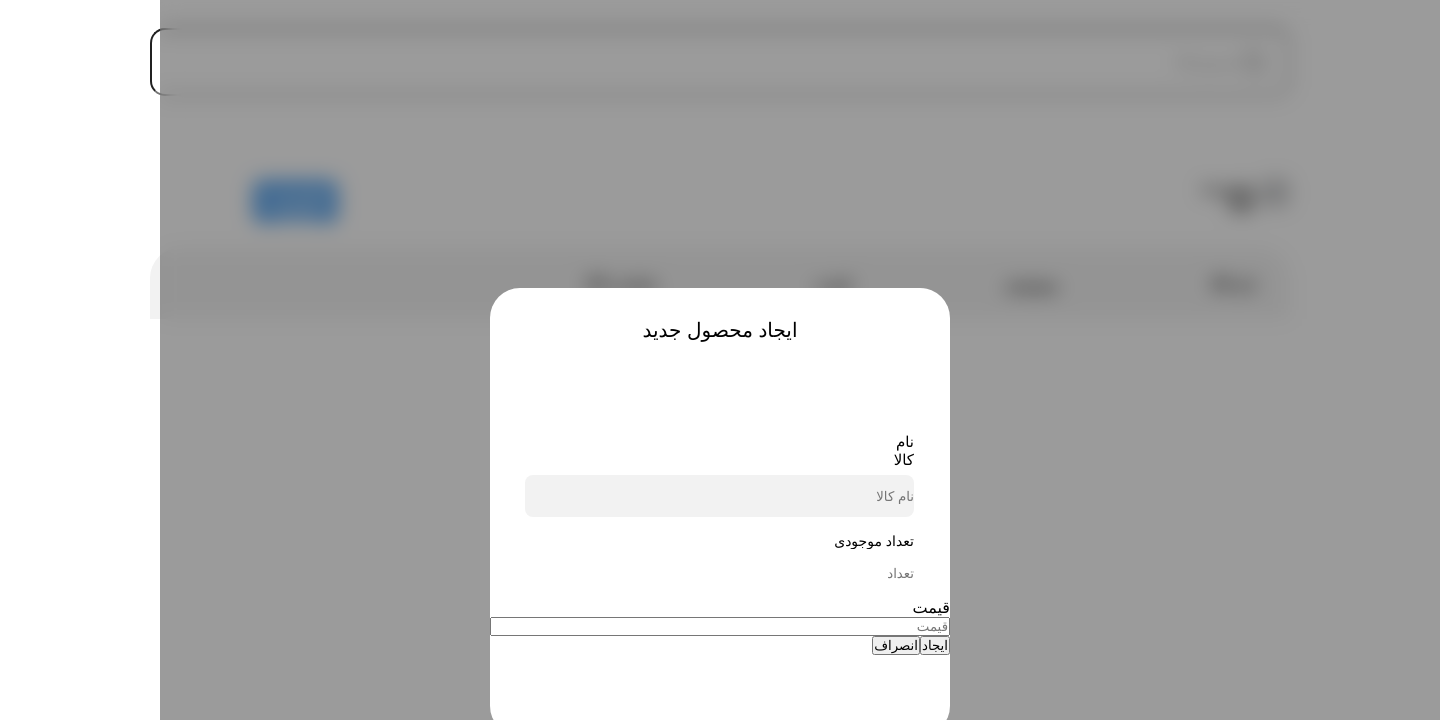
Repository: sobhan-rahimii/project-panel-admin-Next.Js
Page: /dashboard, after clicking the first element matching `button.Dashboard_7644c_addproduct`
An editor plug-in stored every save of this project. The page is shown before and after the next save, followed by the edit.
The browser window is 1280 px wide. The page is 1440 px wide, so the pictures cover 1440 px, including what lies to the right of the window. The pictures show the whole page.
The page's requests for data from a server got no answer. The project was rebuilt for these pictures with package versions that can differ from the ones it lists, and the page was loaded fresh each time. The framework's server and built-in components were replaced by stand-ins that run in the browser. No one was signed in, and anything a server would have sent is missing. Also part of the build but not shown: next.config.mjs.

Above is the page before, as saved 2025-09-01 15:45:30.

After the next save:
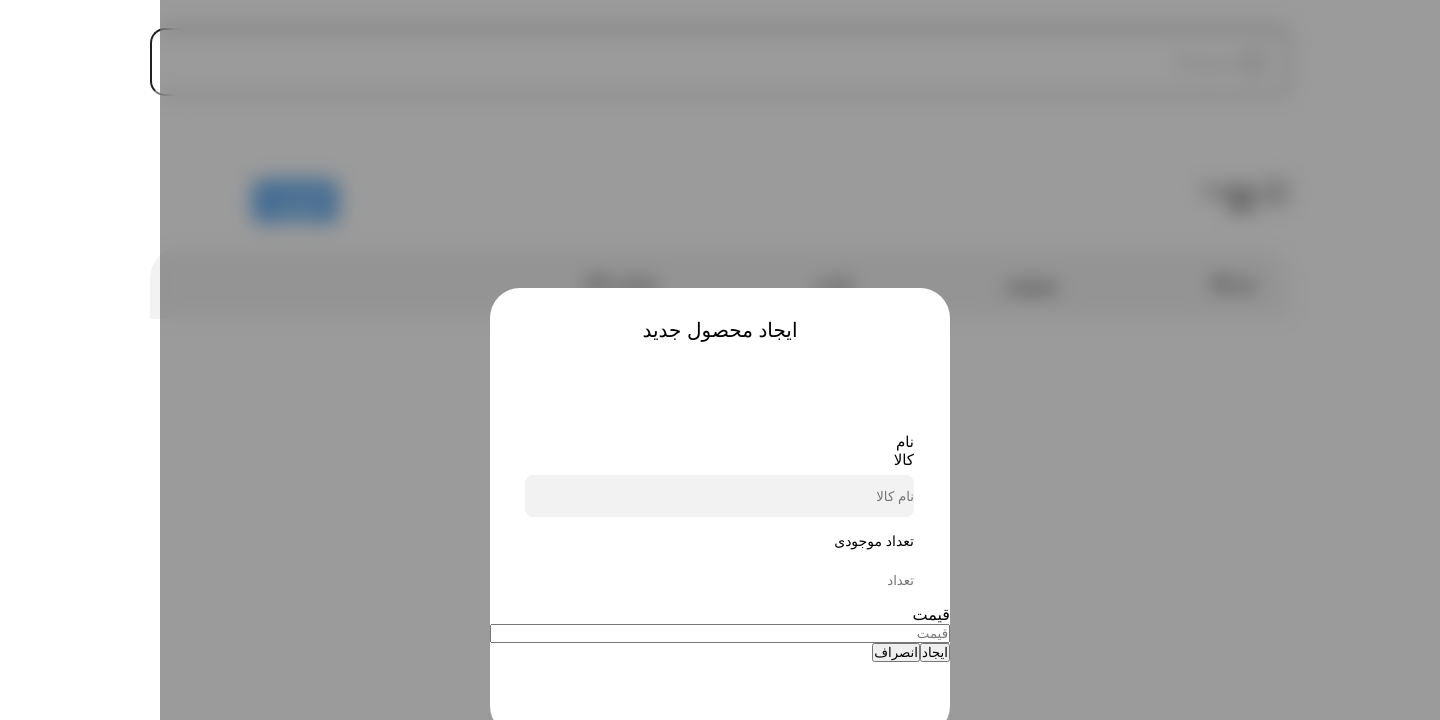
Saved 4 s later.
--- a/styles/AddProductModal.module.css
+++ b/styles/AddProductModal.module.css
@@ -68,5 +68,5 @@
     border: none;
     margin-right: 36px;
     margin-left: 35px;
-    margin-top: ;
+    margin-top: 7px;
 }
